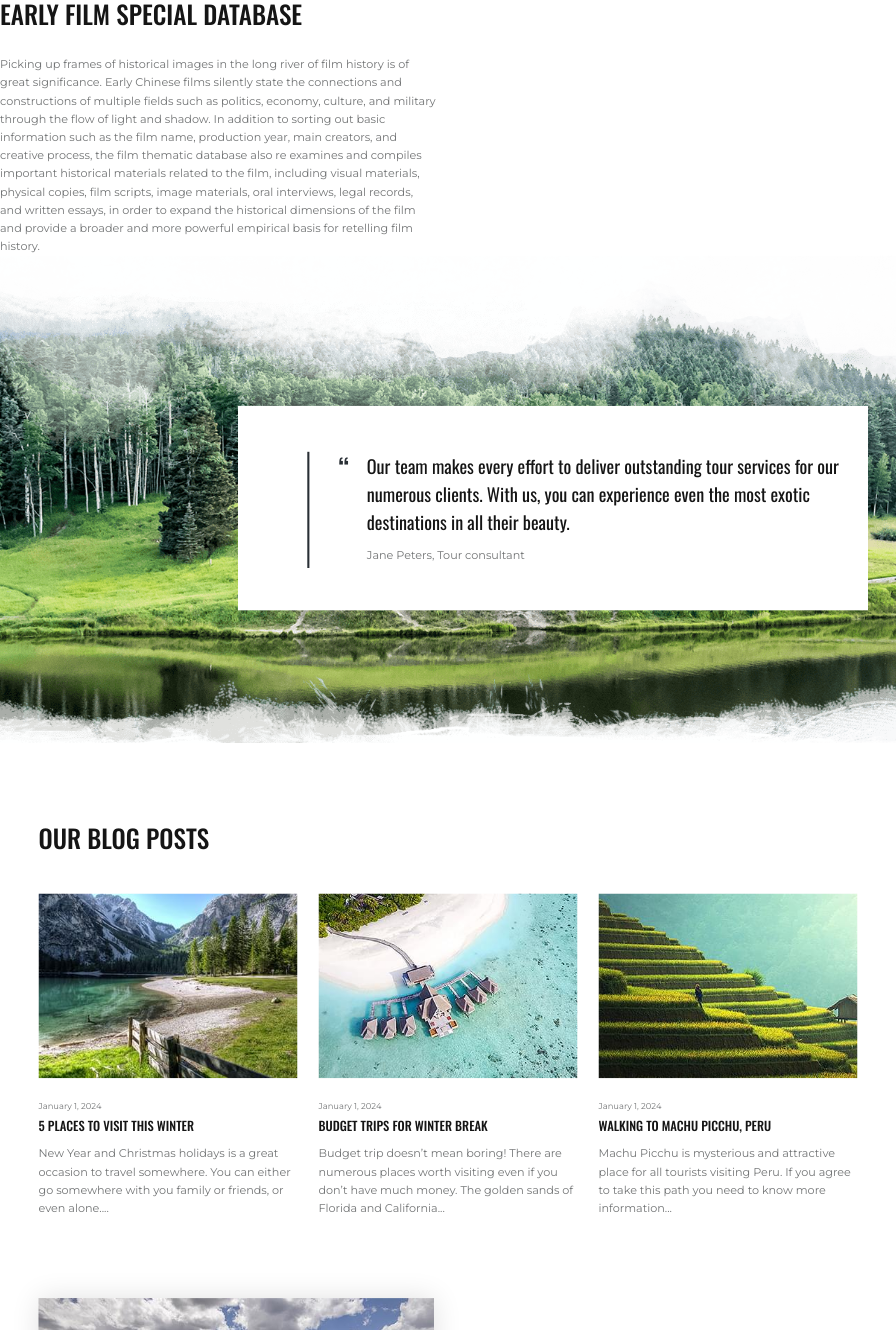
Repository: Jquarker/Modern-Film-Database
Page: index.html
These files come from the project's save history. The page is drawn as it stood at one moment and after the next save; the edit follows.
The browser window is 1280 px wide. The pictures show the part of the page from y = 3148 to 5048 px (the page is 5549 px tall before and 5468 px after), at 70% of full size.

Above is the page before, as saved 2025-02-21 11:53:15.

After the next save:
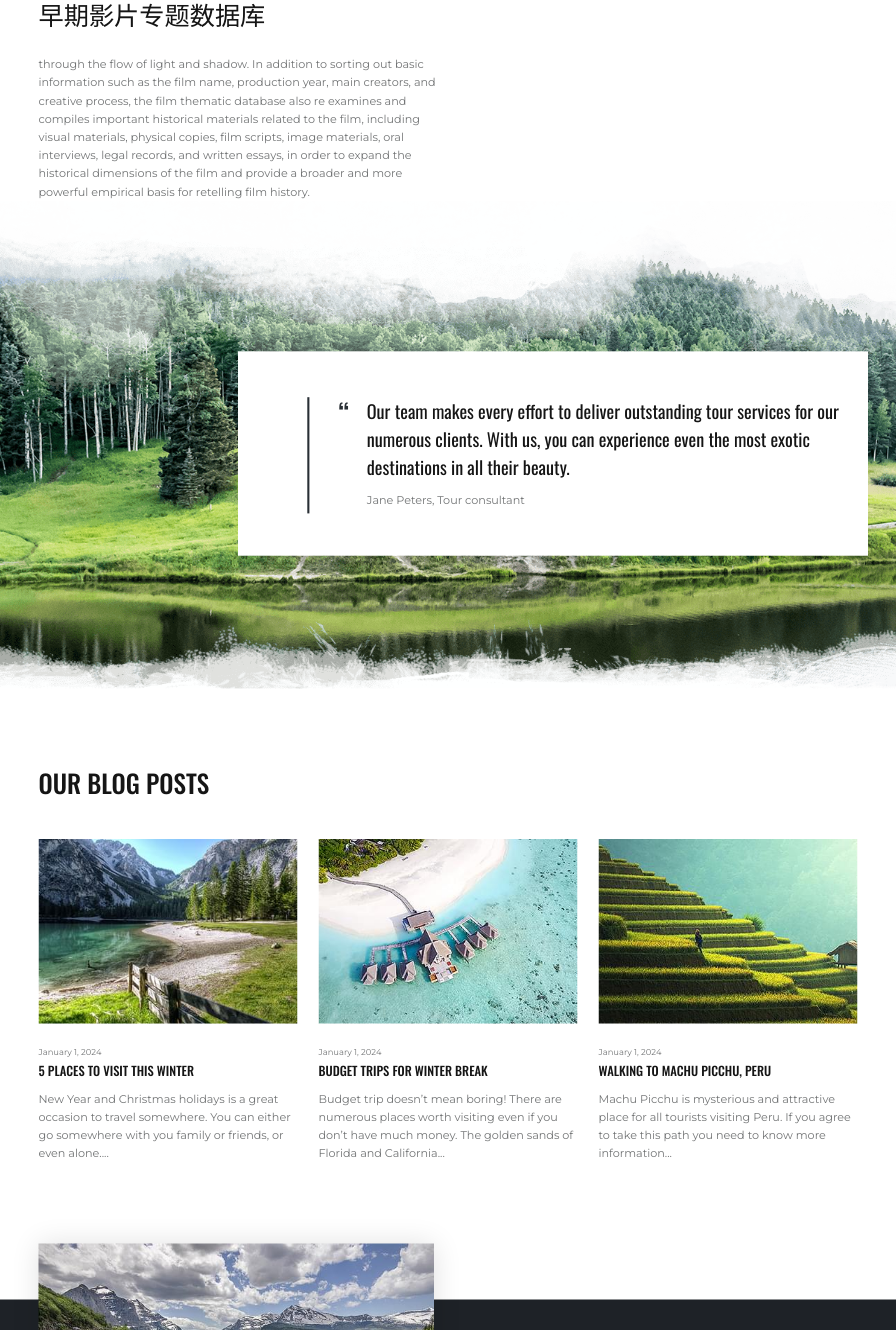
Saved 7 s later.
--- a/index.html
+++ b/index.html
@@ -246,11 +246,11 @@
         </div>
       </section>
       <!--Info Section-->
-          <h2>Early Film Special Database</h2>
+      <section class="section section-md bg-default">
+        <div class="container">
+          <h2>早期影片专题数据库</h2>
           <div class="row row-40 offset-lg">
             <div class="col-xl-6 wow fadeInLeft">
-              <p>Picking up frames of historical images in the long river of film history is of great significance. Early Chinese films
-              silently state the connections and constructions of multiple fields such as politics, economy, culture, and military
               through the flow of light and shadow. In addition to sorting out basic information such as the film name, production
               year, main creators, and creative process, the film thematic database also re examines and compiles important historical
               materials related to the film, including visual materials, physical copies, film scripts, image materials, oral
